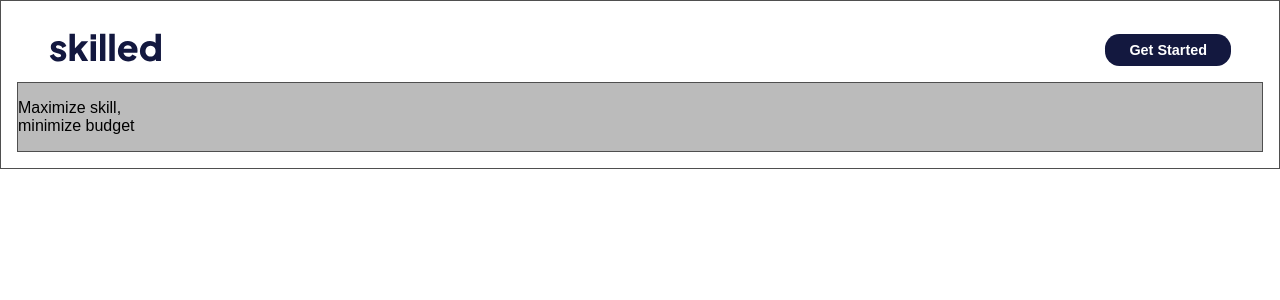
Repository: exe-walt/E-Learning-Landing-Page
Page: index.html
These files come from the project's save history. The page is drawn as it stood at one moment and after the next save; the edit follows.
The browser window is 1280 px wide. The pictures show the whole page.
Some web fonts or font styles are not loaded; a fallback is used.

Above is the page before, as saved 2025-05-27 19:32:14.

After the next save:
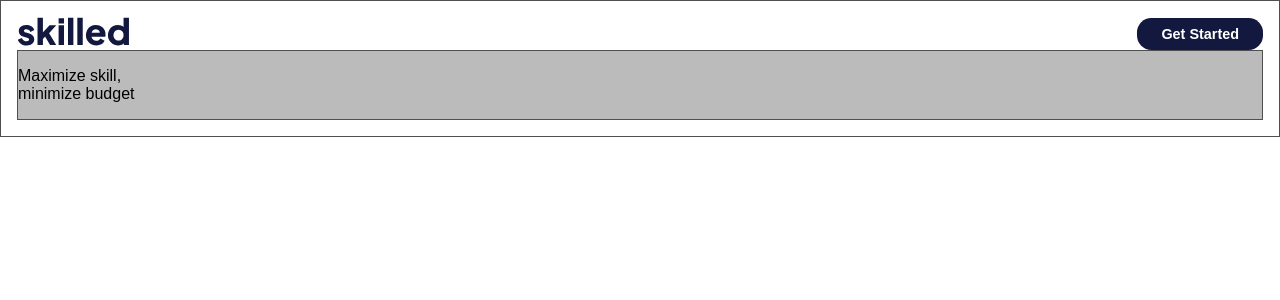
Saved 47 s later.
--- a/css/style.css
+++ b/css/style.css
@@ -21,7 +21,6 @@ body {
   display: flex;
   justify-content: space-between;
   align-items: center;
-  padding: 1rem 2rem;
   background-color: white;
 }
 

After the save that followed:
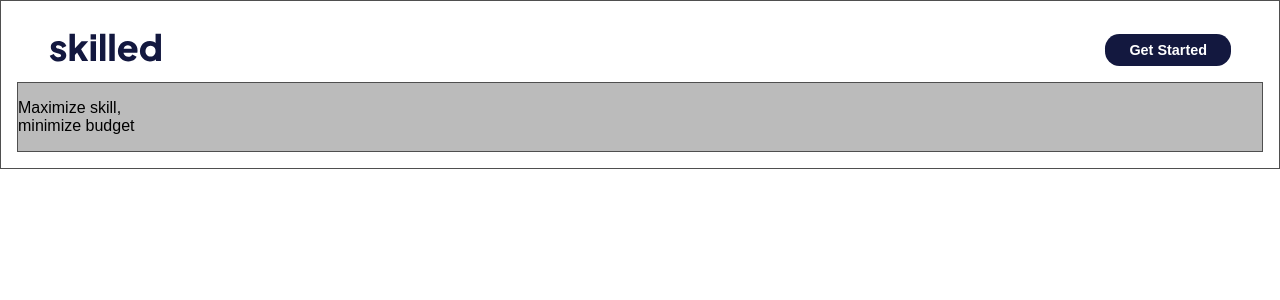
Saved 7 s later.
--- a/css/style.css
+++ b/css/style.css
@@ -21,6 +21,7 @@ body {
   display: flex;
   justify-content: space-between;
   align-items: center;
+  padding: 1rem 2rem;
   background-color: white;
 }
 
